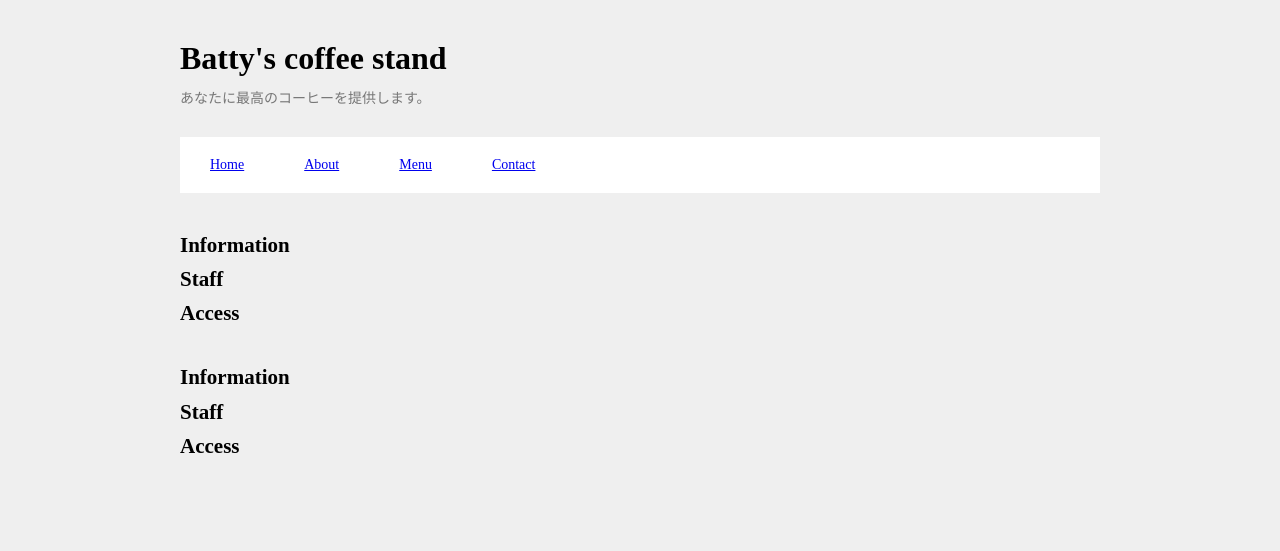
Repository: riharada/inventory
Page: html/batty_coffee_stand/index.html
The author's editor kept a record of every edit. The page is drawn from the files as they stood at one moment, then again after the next edit.
The browser window is 1280 px wide. The pictures show the whole page.

Above is the page before.

After the next edit:
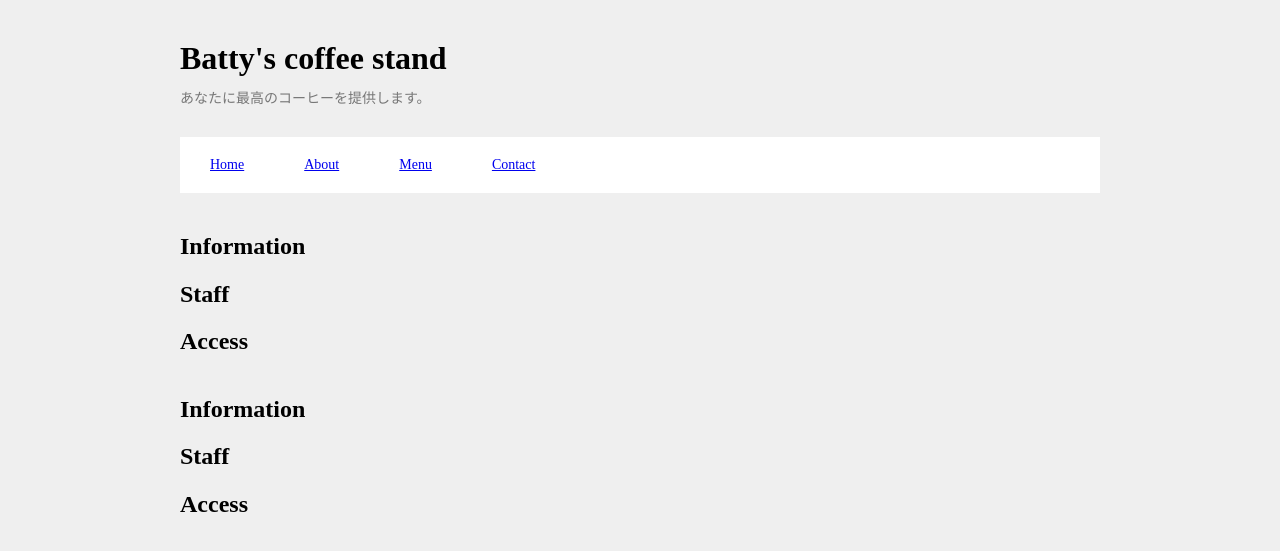
The edit:
--- a/html/batty_coffee_stand/css/style.css
+++ b/html/batty_coffee_stand/css/style.css
@@ -46,3 +46,9 @@ header {
   color: #333;
   text-decoration: none;
 }
+.text-title {
+  font-size: 24px;
+  font-weight: bold;
+  margin-top: 0;
+  margin-bottom: 20px;
+}
